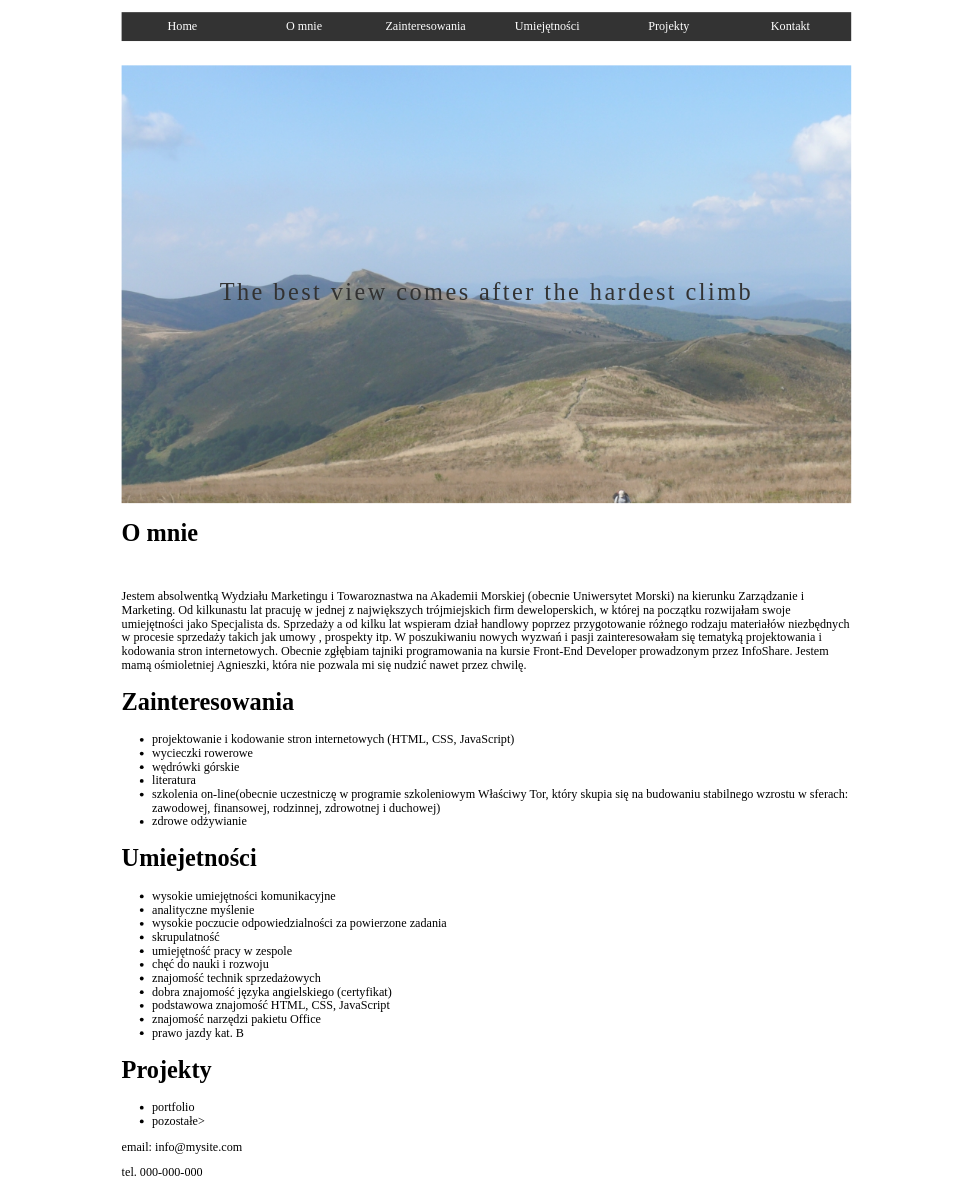
Repository: MagJaw/portfolio
Page: portfolio.html
The author's editor kept a copy of each file at every save. The page is drawn from the files as they stood at one save, then again after the next save.
The browser window is 1280 px wide. The pictures show the whole page, at 76% of full size.

Above is the page before, as saved 2018-11-12 00:46:51.

### portfolio.html
<!DOCTYPE html>
<html lang="pl">
<head>
    <meta charset="UTF-8">
    <meta name="viewport" content="width=device-width, initial-scale=1.0">
    <meta http-equiv="X-UA-Compatible" content="ie=edge">
    <link rel="stylesheet" href="main.css">
    <title>Portfolio</title>
</head>
<body>
    <div id="wrapper">
        <nav role="navigation"class="menu__container">
            <ul class="menu">
                <li class="menu__section">
                    <a href="#section1">Home</a>
                </li>
                <li class="menu__section">
                    <a href="#section2">O mnie</a>
                </li>
                <li class="menu__section">
                    <a href="#section3">Zainteresowania</a>
                </li>
                <li class="menu__section">
                    <a href="#section4">Umiejętności</a>
                </li>
                <li class="menu__section">
                    <a href="#section5">Projekty</a>
                </li>
                <li class="menu__section">
                    <a href="#section6">Kontakt</a>
                </li>
            </ul>
        </nav>
        <div class="motto__container">
            <blockquote>The best view comes after the hardest climb</blockquote>
        </div>

        <div class="section2">
            <h1 class="header__section">O mnie</h1>
            <img src="" class="my__photo">
            <p> Jestem absolwentką Wydziału Marketingu i Towaroznastwa na Akademii Morskiej (obecnie Uniwersytet Morski) na kierunku Zarządzanie i Marketing. Od kilkunastu lat pracuję w jednej z największych trójmiejskich firm deweloperskich, w której na początku rozwijałam swoje umiejętności jako Specjalista ds. Sprzedaży a od kilku lat wspieram dział handlowy poprzez przygotowanie różnego rodzaju materiałów niezbędnych w procesie sprzedaży takich jak umowy , prospekty itp. W poszukiwaniu nowych wyzwań i pasji zainteresowałam się tematyką projektowania i kodowania stron internetowych. Obecnie zgłębiam tajniki programowania na kursie Front-End Developer prowadzonym przez InfoShare. Jestem mamą ośmioletniej Agnieszki, która nie pozwala mi się nudzić nawet przez chwilę.</p>
        </div>
        <div class="section3">
            <h1 class="header__section">Zainteresowania</h1>
            <ul>
                <li>projektowanie i kodowanie stron internetowych (HTML, CSS, JavaScript)</li>
                <li>wycieczki rowerowe</li>
                <li>wędrówki górskie</li>
                <li>literatura</li>
                <li>szkolenia on-line(obecnie uczestniczę w programie szkoleniowym Właściwy Tor, który skupia się na budowaniu stabilnego wzrostu w sferach: zawodowej, finansowej, rodzinnej, zdrowotnej i duchowej)</li>
                <li>zdrowe odżywianie</li>
            </ul>
        </div>
        <div class="section4">
            <h1 class="header__section">Umiejetności</h1>
            <ul>
                <li>wysokie umiejętności komunikacyjne</li>
                <li>analityczne myślenie</li>
                <li>wysokie poczucie odpowiedzialności za powierzone zadania</li>
                <li>skrupulatność</li>
                <li>umiejętność pracy w zespole</li>
                <li>chęć do nauki i rozwoju</li>
                <li>znajomość technik sprzedażowych</li>
                <li>dobra znajomość języka angielskiego (certyfikat)</li>
                <li>podstawowa znajomość HTML, CSS, JavaScript</li>
                <li>znajomość narzędzi pakietu Office</li>
                <li>prawo jazdy kat. B</li>
            </ul>
        </div>
        <div class="section5">
            <h1 class="header__section">Projekty</h1>
            <ul>
                <li>portfolio</li>
                <li>pozostałe></li>
            </ul>
        </div>
        <div class="section6">
            <p>email: info@mysite.com</p>
            <p>tel. 000-000-000</p>
        </div>
    </div>
</body>
</html>

### main.css
#wrapper {
    width: 100%;
    max-width: 960px;
    margin: 0 auto;
}

.menu__container {
background:  #333;
}

.menu {
    list-style-type: none;
    padding: 0;
}

.menu__container a {
    text-decoration: none;
    text-align: center;
    color: #fff;
    display: block;
    padding: 10px;
}

.menu__container a:hover {
background-color: #555;
}

.motto__container {
width: 100%;
height: 45vw;
background-image: url(tapeta.jpg);
background-color: #555;
opacity: 0.8;
}

blockquote {
font-size: 2em;
font-weight: 2em;
letter-spacing: 0.1em;
color: #000;
text-align: center;
line-height: 45vw;
padding: 10px;
}

@media screen and (min-width: 768px){

.menu {
display: flex;
}

.menu__section {
flex: 1 1 0;
}

}

After the next save:
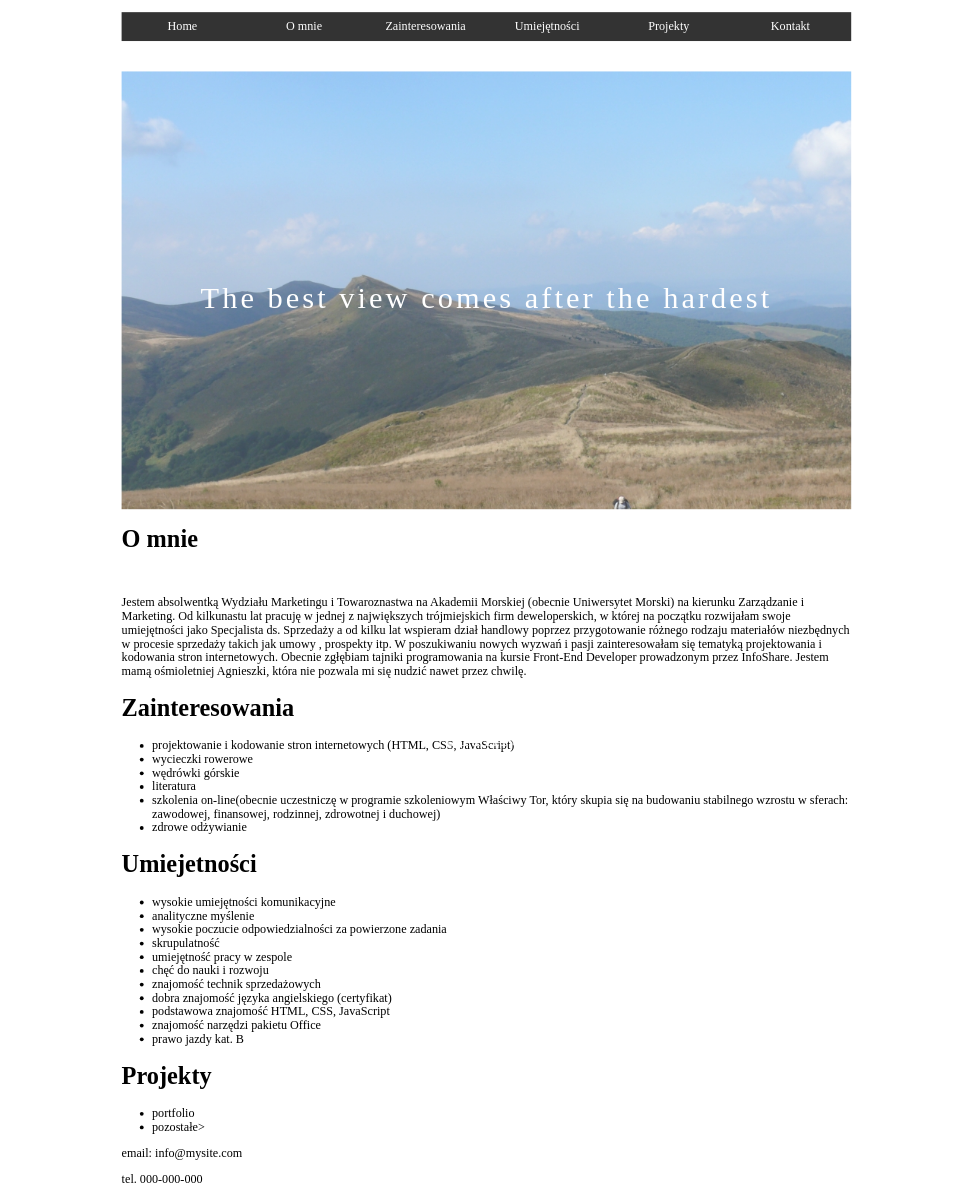
Saved 51 s later.
--- a/main.css
+++ b/main.css
@@ -34,10 +34,10 @@ opacity: 0.8;
 }
 
 blockquote {
-font-size: 2em;
+font-size: 2.5em;
 font-weight: 2em;
 letter-spacing: 0.1em;
-color: #000;
+color: #fff;
 text-align: center;
 line-height: 45vw;
 padding: 10px;
